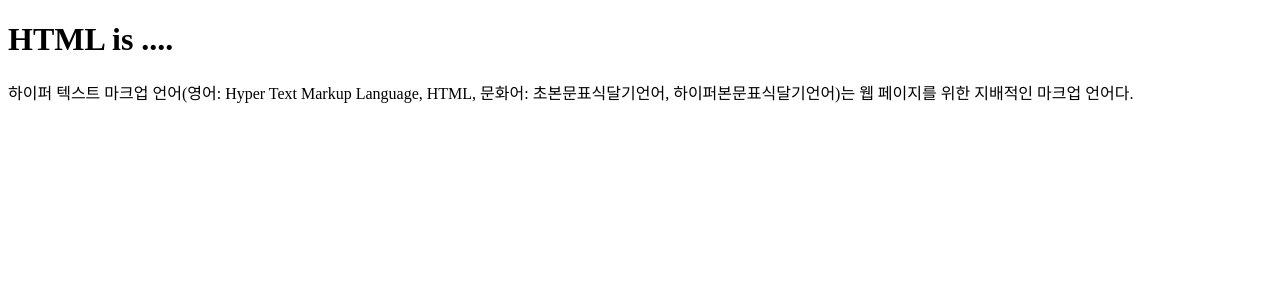
Repository: hhw12409/pracite-node.js
Page: http://localhost/html
The author's editor kept a copy of each file at every save. The page is drawn from the files as they stood at one save, then again after the next save.
The browser window is 1280 px wide. The pictures show the whole page.
Some web fonts or font styles are not loaded; a fallback is used. Some web libraries are served in a nearby version. The page is served by the project's Node server (server.js).

Above is the page before, as saved 2022-04-30 09:43:52.

After the next save:
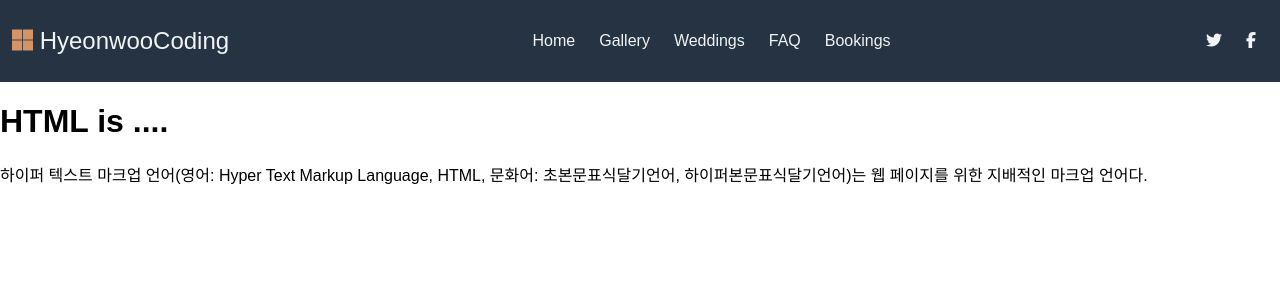
Not found: main.js
Saved 2 min 33 s later.
--- a/views/html.ejs
+++ b/views/html.ejs
@@ -7,6 +7,7 @@
   <title>node.js practice</title>
 </head>
 <body>
+  <%- include('nav.html')%>
   <h1>HTML is ....</h1>
   <p>하이퍼 텍스트 마크업 언어(영어: Hyper Text Markup Language, HTML, 문화어: 초본문표식달기언어, 하이퍼본문표식달기언어)는 웹 페이지를 위한 지배적인 마크업 언어다.</p>
   </ul>

After the save that followed:
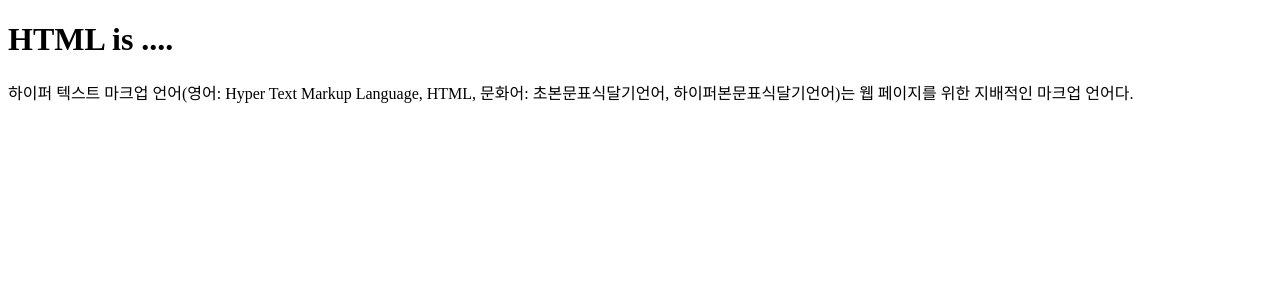
Saved 9 s later.
--- a/views/html.ejs
+++ b/views/html.ejs
@@ -7,7 +7,6 @@
   <title>node.js practice</title>
 </head>
 <body>
-  <%- include('nav.html')%>
   <h1>HTML is ....</h1>
   <p>하이퍼 텍스트 마크업 언어(영어: Hyper Text Markup Language, HTML, 문화어: 초본문표식달기언어, 하이퍼본문표식달기언어)는 웹 페이지를 위한 지배적인 마크업 언어다.</p>
   </ul>
